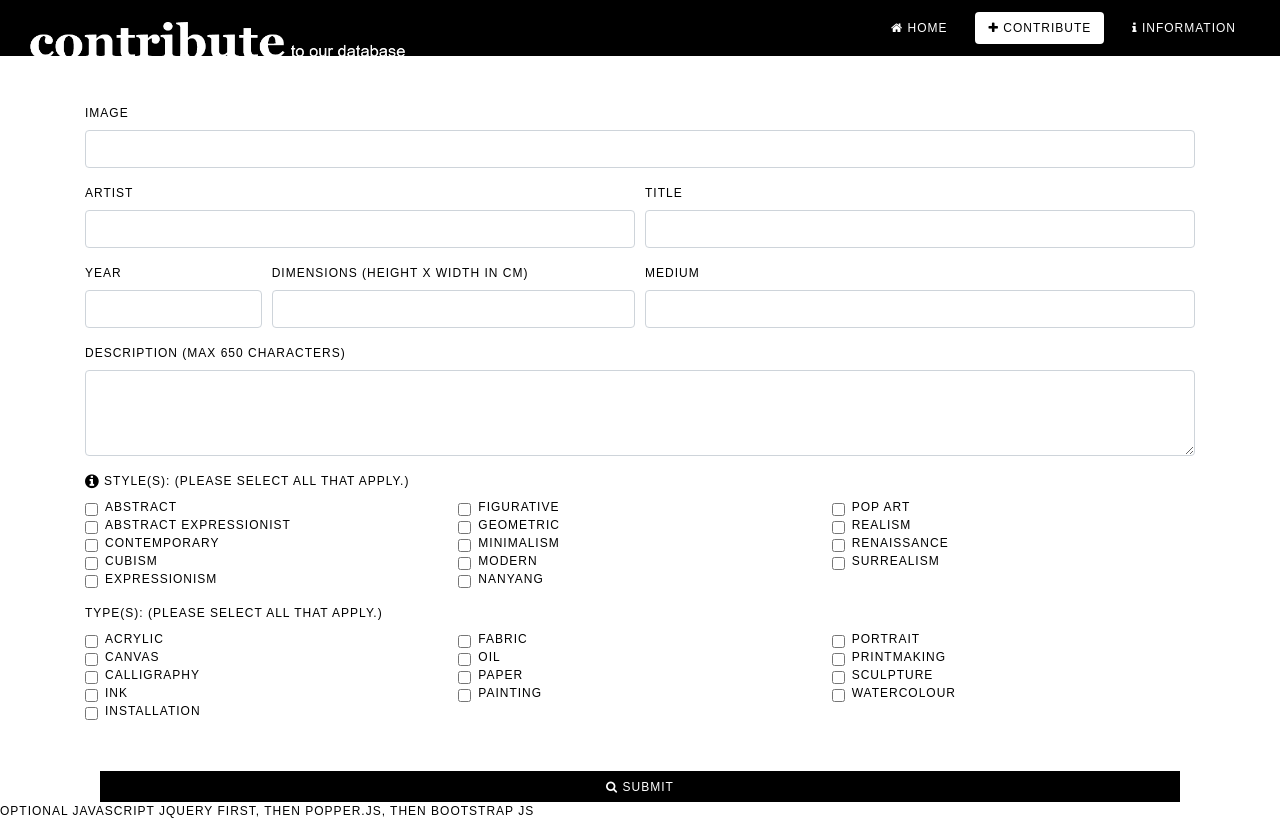
Repository: lynette-lyf/artwork-inventory
Page: http://localhost/add-artwork
The author's editor kept a record of every edit. The page is drawn from the files as they stood at one moment, then again after the next edit.
The browser window is 1280 px wide. The pictures show the whole page.
The page is served by the project's application, run on Flask 3 (app.py).

Above is the page before.

After the next edit:
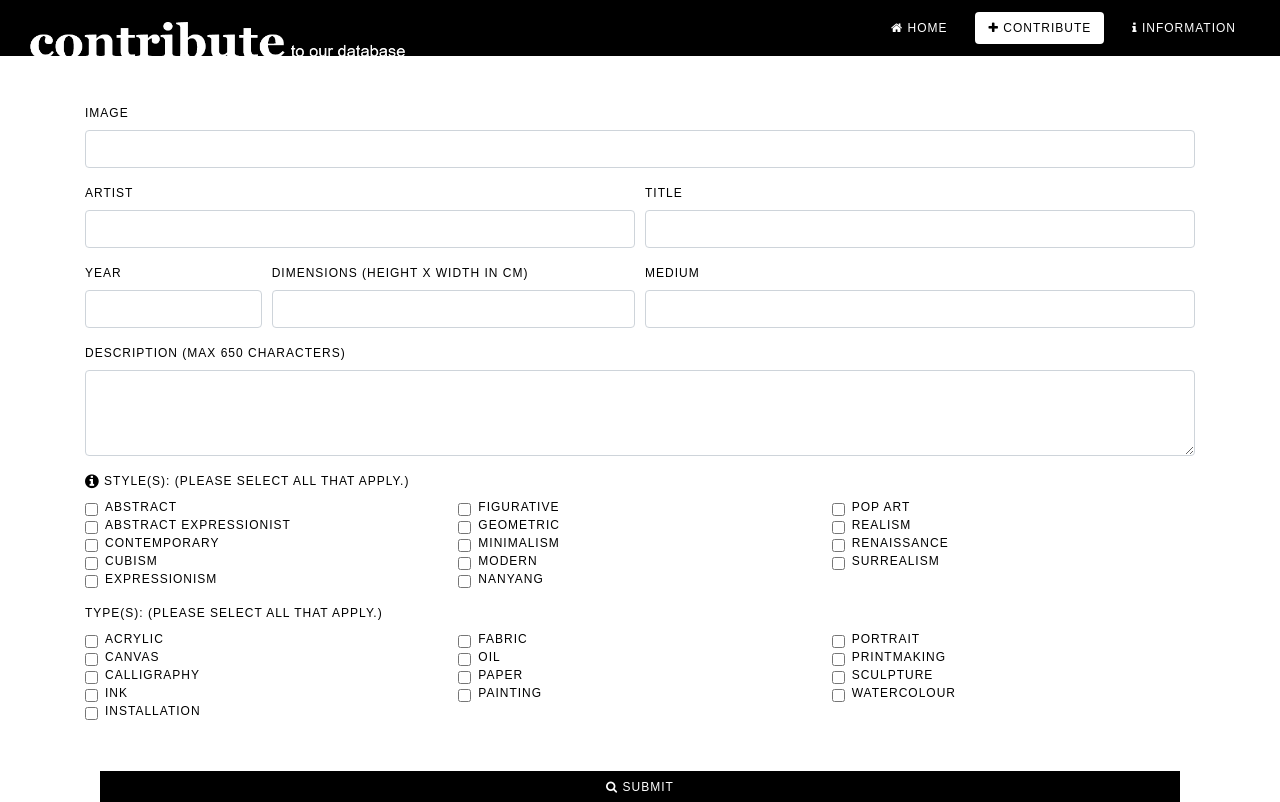
The edit:
--- a/templates/add_artwork.template.html
+++ b/templates/add_artwork.template.html
@@ -404,8 +404,8 @@
         </form>
     </div>
 
-      Optional JavaScript
-     jQuery first, then Popper.js, then Bootstrap JS
+     <!-- Optional JavaScript -->
+     <!--jQuery first, then Popper.js, then Bootstrap JS -->
     <script src="https://code.jquery.com/jquery-3.3.1.slim.min.js" integrity="sha384-q8i/X+965DzO0rT7abK41JStQIAqVgRVzpbzo5smXKp4YfRvH+8abtTE1Pi6jizo" crossorigin="anonymous"></script>
     <script src="https://cdnjs.cloudflare.com/ajax/libs/popper.js/1.14.7/umd/popper.min.js" integrity="sha384-UO2eT0CpHqdSJQ6hJty5KVphtPhzWj9WO1clHTMGa3JDZwrnQq4sF86dIHNDz0W1" crossorigin="anonymous"></script>
     <script src="https://stackpath.bootstrapcdn.com/bootstrap/4.3.1/js/bootstrap.min.js" integrity="sha384-JjSmVgyd0p3pXB1rRibZUAYoIIy6OrQ6VrjIEaFf/nJGzIxFDsf4x0xIM+B07jRM" crossorigin="anonymous"></script>
